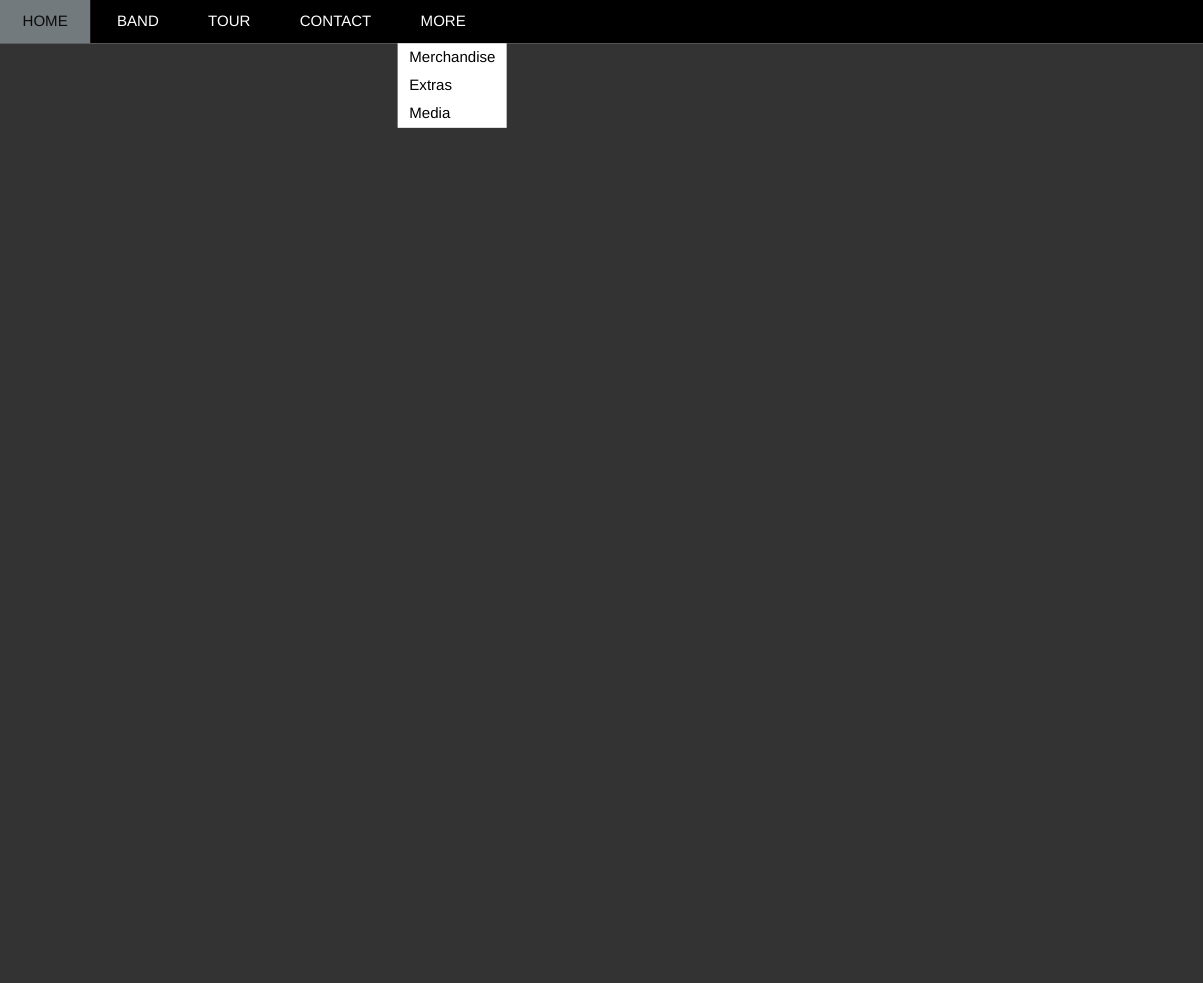
Repository: anhviet-key/hello-cac-ban
Page: HTMS_CSS ZERO 0/index.html
An editor plug-in stored every save of this project. The page is shown before and after the next save, followed by the edit.
The browser window is 1280 px wide. The pictures show the whole page, at 94% of full size.

Above is the page before, as saved 2021-10-03 23:08:32.

### HTMS_CSS ZERO 0/index.html
<!DOCTYPE html>
<html lang="en">

<head>
    <meta charset="UTF-8">
    <meta http-equiv="X-UA-Compatible" content="IE=edge">
    <meta name="viewport" content="width=device-width, initial-scale=1.0">
    <title>Document</title>
    <link rel="stylesheet" href="./assets/css/style.css">
</head>

<body>
    <!--TODO: Let`s go-->
    <div id="main">
        <div id="header">
            <ul id="nav">
                <li>
                    <a href="#">Home</a>
                </li>
                <li>
                    <a href="#">Band</a>
                </li>
                <li>
                    <a href="#">Tour</a>
                </li>
                <li>
                    <a href="#">Contact</a>
                </li>
                <li>
                    <a href="#">More</a>
                    <ul class="subnav">
                        <li>
                            <a href="">Merchandise</a>
                        </li>
                        <li>
                            <a href="">Extras</a>
                        </li>
                        <li>
                            <a href="">Media</a>
                        </li>
                    </ul>
                </li>
            </ul>
        </div>
        <div id="slider">

        </div>
        <div id="content">
            <div class="slibar">

            </div>
        </div>
        <div id="footer">
            <div>

            </div>
        </div>
    </div>
</body>

</html>

### HTMS_CSS ZERO 0/assets/css/style.css
* {
    margin: 0;
    padding: 0;
    box-sizing: border-box;
}

html {
    font-family: helvetica, arial, sans-serif;
}

#main {}

#header {
    height: 46px;
    background-color: black;
}

#nav,
.subnav {
    list-style-type: none;
}

#nav>li {
    display: inline-block;
    position: relative;
}

#nav>li>a {
    color: #fff;
    text-transform: uppercase;
}

#nav li a {
    /* color: #fff; */
    text-decoration: none;
    line-height: 46px;
    padding: 0px 24px;
    display: block;
}

#nav>li:hover>a,
#nav .subnav li:hover a {
    color: rgb(12, 11, 11);
    background-color: rgb(115, 122, 126);
}

#nav .subnav {
    /* display: none; */
    position: absolute;
    background-color: #fff;
}

#nav .subnav a {
    color: black;
    padding: 0px 12px;
    line-height: 30px;
}

#slider {
    min-height: 1000px;
    background-color: #333;
}

#content #footer

After the next save:
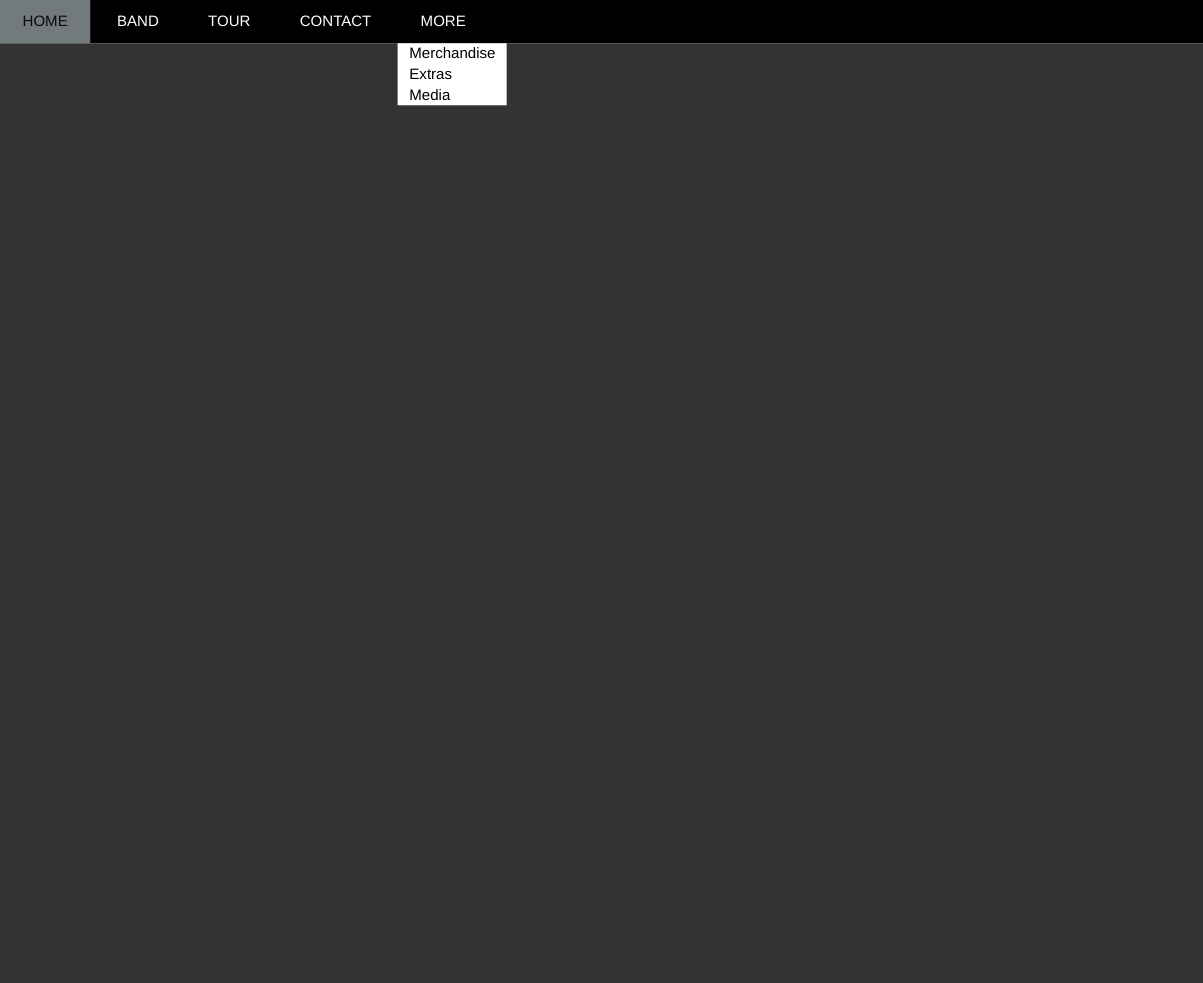
Saved 15 s later.
--- a/HTMS_CSS ZERO 0/assets/css/style.css
+++ b/HTMS_CSS ZERO 0/assets/css/style.css
@@ -53,7 +53,7 @@ html {
 #nav .subnav a {
     color: black;
     padding: 0px 12px;
-    line-height: 30px;
+    line-height: 22px;
 }
 
 #slider {
